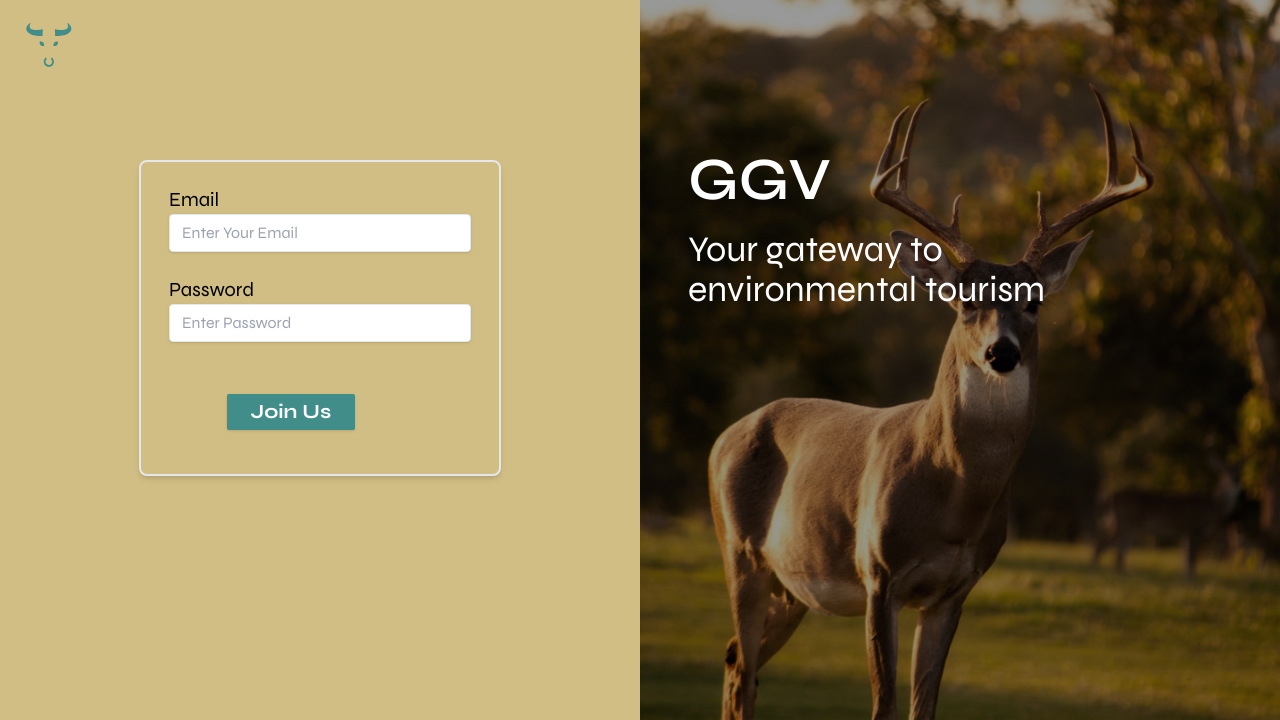
Repository: EngrAhmadUmar/landing-page
Page: /login
An editor plug-in stored every save of this project. The page is shown before and after the next save, followed by the edit.
The browser window is 1280 px wide. The pictures show the whole page.
The project was rebuilt for these pictures with package versions that can differ from the ones it lists, and the page was loaded fresh each time. The framework's server and built-in components were replaced by stand-ins that run in the browser. Also part of the build but not shown: next.config.js, styles/Home.module.css, src/Components/ApplyPageComponents/ApplyForm.jsx, src/Components/ApplyPageComponents/RegisterForm.jsx.

Above is the page before, as saved 2022-07-08 15:09:51.

### pages/_app.js
import "../styles/globals.css";
import { ApolloClient, InMemoryCache, ApolloProvider } from "@apollo/client";

//apollo clients
const client = new ApolloClient({
  uri: "http://localhost:1337/graphql",
  cache: new InMemoryCache()
});

function MyApp({ Component, pageProps }) {
  return (
    <ApolloProvider client={client}>
      <Component {...pageProps} />
    </ApolloProvider>
  );
}

export default MyApp;

### pages/login.js
import React from "react";
import {
  LoginForm,
} from "../src/Components/ApplyPageComponents/Index";

export default function Login() {
  return (
    <React.Fragment>
      <div className="bg-[#000107] font-syne ">
        <LoginForm />
      </div>
    </React.Fragment>
  );
}

### styles/globals.css
@import url("https://fonts.googleapis.com/css2?family=Poppins:wght@400;500;600&family=Syne:wght@400;500;600;700&display=swap");

@tailwind base;
@tailwind components;
@tailwind utilities;

### src/Components/ApplyPageComponents/Index.jsx
export { default as ApplyForm } from "./ApplyForm";
export { default as LoginForm } from "./LoginForm";
export { default as RegisterForm } from "./RegisterForm";

### src/Components/ApplyPageComponents/LoginForm.jsx
import { useMutation } from "@apollo/client";
import Head from "next/head";
import { useState } from "react";
import Image from "next/image";
import { AUTH_TOKEN } from "../constant";
import { LOGIN_MUTATION } from "../../mutations/auth";

const Login = () => {
  const [username, setUsername] = useState("");
  const onChangeUsername = (e) => {
    setUsername(e.target.value);
  };
  const [password, setPassword] = useState("");
  const onChangePassword = (e) => {
    setPassword(e.target.value);
  };

  const onSubmit = (e) => {
    e.preventDefault();
    if (username === "" || password === "") {
      return alert("please fill in all fields");
    }
    login(username, password);

    setUsername("");
    setPassword("");
  };

  const [login, { data, loading, error }] = useMutation(LOGIN_MUTATION, {
    variables: {
      username: username,
      password: password
    }
  });

  if (data) {
    localStorage.setItem(AUTH_TOKEN, data.login.jwt);
    console.log(data);
    localStorage.setItem("user", JSON.stringify(data));
    console.log("user logged in");
  }

  return (
    <div className="font-syne bg-[#d1be84] bg-cover grid grid-col-1 md:grid-cols-2 md:h-[100vh]">
      <Head>
        <title>Login</title>
        <meta name="description" content="Login to GGV" />
      </Head>
      <div>
        <div className="w-[50px] h-40 pt-5 ml-6">
          <Image
            src="/logo.svg"
            layout="responsive"
            width={5}
            height={5}
            opacity={100}
          />
        </div>
        <div className="flex justify-center">
          <form
            onSubmit={onSubmit}
            className="pt-6 pb-8 mb-4 border-2 rounded-lg shadow-md px-7 border-gray "
          >
            <div className="mb-6">
              <label className="text-lg md:text-xl">Email</label>
              <input
                type="email"
                className="w-full px-3 py-2 leading-tight text-gray-700 border rounded shadow appearance-none focus:outline-none focus:shadow-outline"
                name="username"
                onChange={onChangeUsername}
                placeholder="Enter Your Email"
                value={username}
              />
            </div>

            <div className="mb-4">
              <label className="text-lg md:text-xl">Password</label>
              <input
                type="password"
                name="password"
                value={password}
                onChange={onChangePassword}
                placeholder="Enter Password"
                className="w-full px-3 py-2 leading-tight text-gray-700 border rounded shadow appearance-none focus:outline-none focus:shadow-outline"
              />
            </div>

            <div className="mt-5 ml-[8vh]">
              <button className="shadow bg-green focus:shadow-outline focus:outline-none text-white font-bold px-6 md:text-xl  rounded-sm mt-8 mb-3 py-1">
                {loading ? "Sending" : "Join Us"}
              </button>
            </div>
          </form>
        </div>
      </div>

      <div className=" flex bg-[url('/apply_for_visa_bg.png')]  bg-cover bg-no-repeat sm:bg-center md:bg-bottom lg:bg-bottom xl:bg-bottom 2xl:center">
        <div className="mt-[50px] md:mt-[150px] mx-4 md:mx-12">
          <h3
            className=" text-white
           text-4xl md:text-5xl lg:text-6xl font-semibold"
          >
            GGV
          </h3>
          <p className="max-w-md md:max-w-xl text-2xl md:text-4xl mt-5 text-white">
            Your gateway to <br></br>environmental tourism
          </p>
        </div>
      </div>
    </div>
  );
};

export default Login;

### src/mutations/auth.jsx
import { gql } from "@apollo/client";

const SIGNUP_MUTATION = gql`
  mutation  register($username: String!, $password: String!, $email:String!) {
    register(input: {username:$username, email: $email password:$password}) {
        jwt
        user {
            id
            email
            username
        }
    }
}

`;

const LOGIN_MUTATION = gql`
  mutation  login($username: String!, $password: String!) {
    login(input: {identifier:$username, password:$password}) {
        jwt
        user {
            id
            email
        }
    }
}

`;


export { SIGNUP_MUTATION, LOGIN_MUTATION };

### tailwind.config.js
/** @type {import('tailwindcss').Config} */
module.exports = {
  content: [
    "./pages/**/*.{js,ts,jsx,tsx}",
    "./components/**/*.{js,ts,jsx,tsx}",
    "./src/Components/**/*.{js,ts,jsx,tsx}"
  ],
  theme: {
    extend: {
      colors: {
        black: "#000107",
        green: "#418D89"
      },
      fontFamily: {
        syne: ["Syne"]
      }
    }
  },
  plugins: []
};

### src/Components/ApplyPageComponents/FormButton.jsx
const FormButton = ({ buttonInfo }) => {
  return (
    <button className="shadow bg-green focus:shadow-outline focus:outline-none text-white font-bold px-6 md:text-xl  rounded-sm mt-8 mb-3 py-1">
      {buttonInfo}
    </button>
  );
};

export default FormButton;

Loaded but not shown: src/Components/constant.jsx (common file)

After the next save:
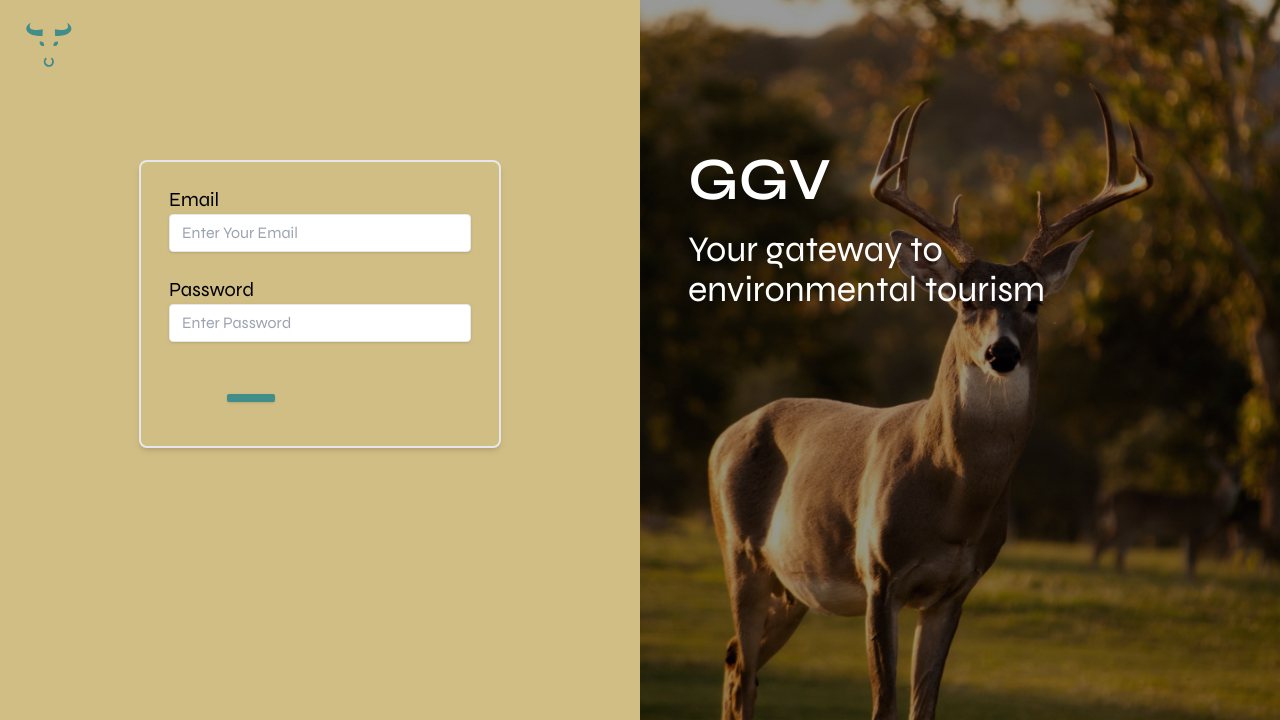
Saved 41 s later.
--- a/src/Components/ApplyPageComponents/LoginForm.jsx
+++ b/src/Components/ApplyPageComponents/LoginForm.jsx
@@ -2,6 +2,7 @@
 import Head from "next/head";
 import { useState } from "react";
 import Image from "next/image";
+import FormButton from "./FormButton";
 import { AUTH_TOKEN } from "../constant";
 import { LOGIN_MUTATION } from "../../mutations/auth";
 
@@ -86,9 +87,7 @@
             </div>
 
             <div className="mt-5 ml-[8vh]">
-              <button className="shadow bg-green focus:shadow-outline focus:outline-none text-white font-bold px-6 md:text-xl  rounded-sm mt-8 mb-3 py-1">
-                {loading ? "Sending" : "Join Us"}
-              </button>
+              <FormButton />
             </div>
           </form>
         </div>

After the save that followed:
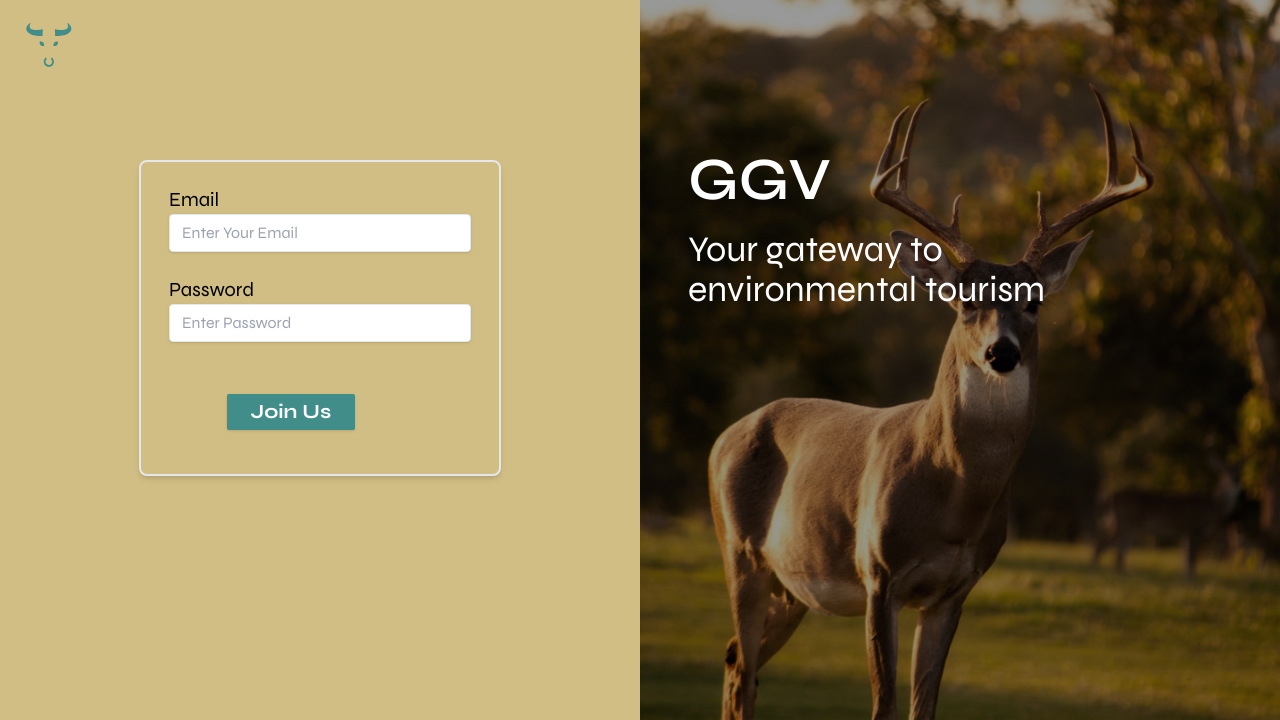
Saved 28 s later.
--- a/src/Components/ApplyPageComponents/LoginForm.jsx
+++ b/src/Components/ApplyPageComponents/LoginForm.jsx
@@ -87,7 +87,7 @@
             </div>
 
             <div className="mt-5 ml-[8vh]">
-              <FormButton />
+              <FormButton buttonInfo={loading ? "Sending" : "Join Us"} />
             </div>
           </form>
         </div>
